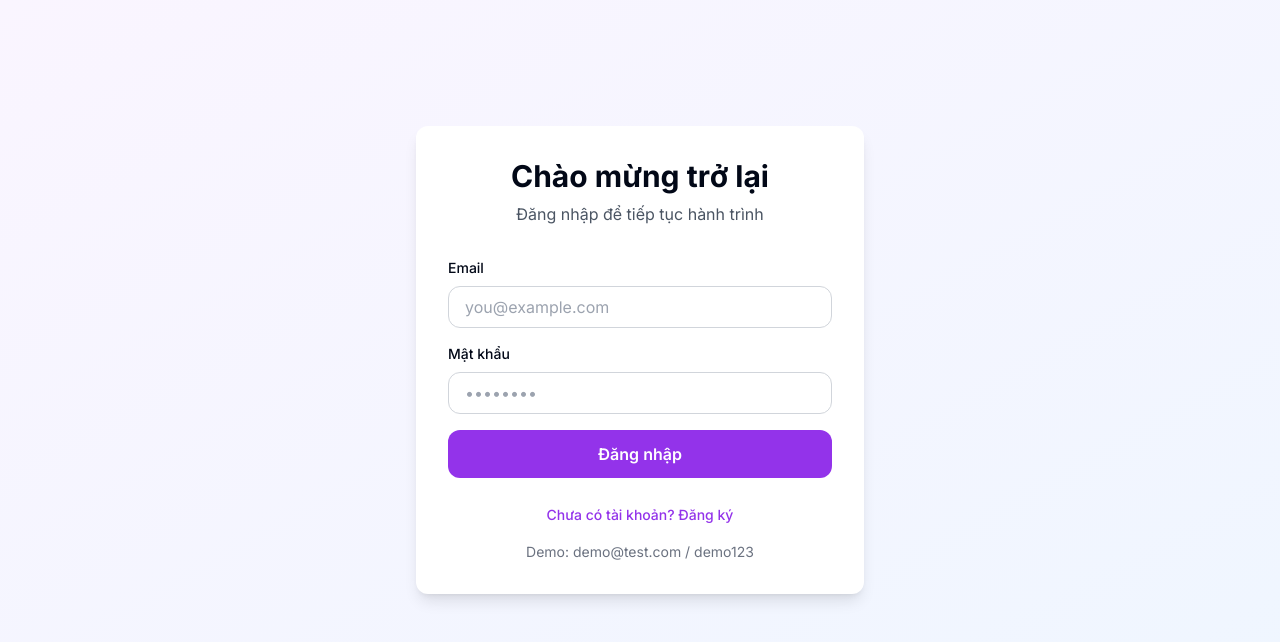
Repository: mac23080131/life-lessons
Page: /login (app in apps/web/)
These files come from the project's save history. The page is drawn as it stood at one moment and after the next save; the edit follows.
The browser window is 1280 px wide. The pictures show the whole page.
The page's requests for data from a server got no answer. The project was rebuilt for these pictures with package versions that can differ from the ones it lists, and the page was loaded fresh each time. The framework's server and built-in components were replaced by stand-ins that run in the browser. No one was signed in, and anything a server would have sent is missing. Also part of the build but not shown: apps/web/next.config.js.

Above is the page before, as saved 2025-10-18 19:12:17.

After the next save:
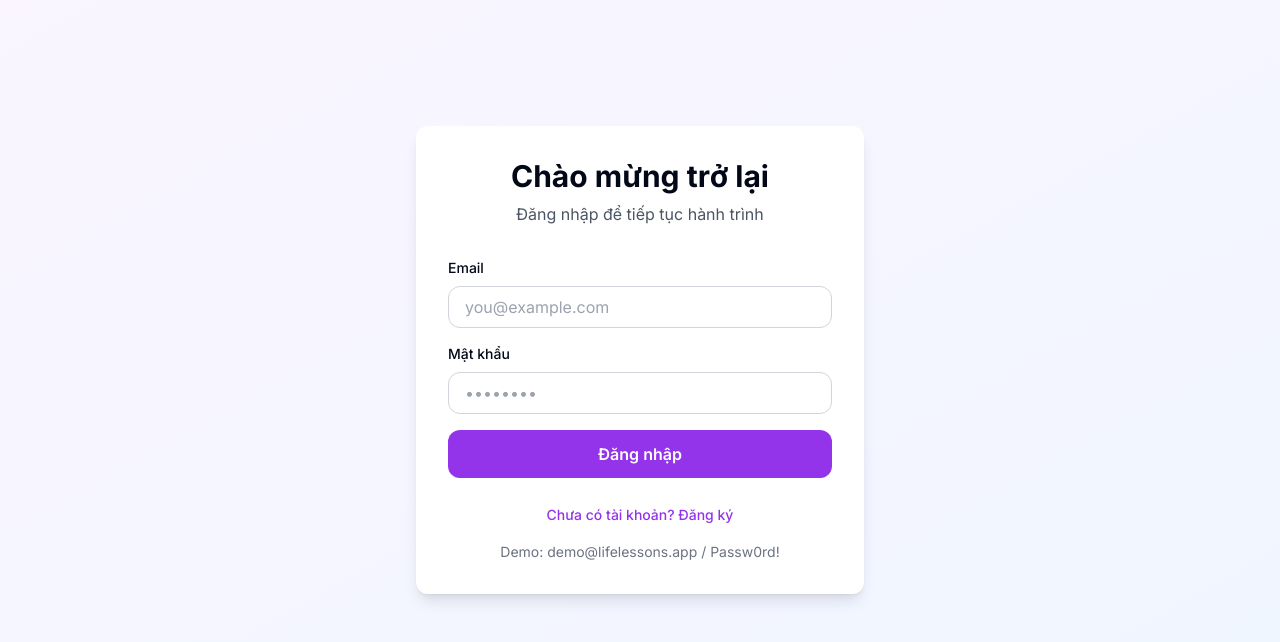
Saved 27 s later.
--- a/apps/web/src/messages/vi.json
+++ b/apps/web/src/messages/vi.json
@@ -20,9 +20,15 @@
   },
   "auth": {
     "welcomeBack": "Chào mừng trở lại",
+    "getStarted": "Bắt đầu",
+    "signupSubtitle": "Tạo tài khoản và bắt đầu hành trình 10,000 bài học",
     "loginSubtitle": "Đăng nhập để tiếp tục hành trình",
+    "name": "Tên",
+    "namePlaceholder": "Tên của bạn",
     "email": "Email",
+    "emailPlaceholder": "you@example.com",
     "password": "Mật khẩu",
+    "passwordPlaceholder": "••••••••",
     "noAccount": "Chưa có tài khoản?",
     "haveAccount": "Đã có tài khoản?",
     "loginButton": "Đăng nhập",
@@ -31,7 +37,7 @@
     "signingUp": "Đang đăng ký...",
     "loginError": "Đăng nhập thất bại. Vui lòng thử lại.",
     "signupError": "Đăng ký thất bại. Vui lòng thử lại.",
-    "demoCredentials": "Demo: demo@test.com / demo123"
+    "demoCredentials": "Demo: demo@lifelessons.app / Passw0rd!"
   },
   "dashboard": {
     "title": "Bảng tin",
